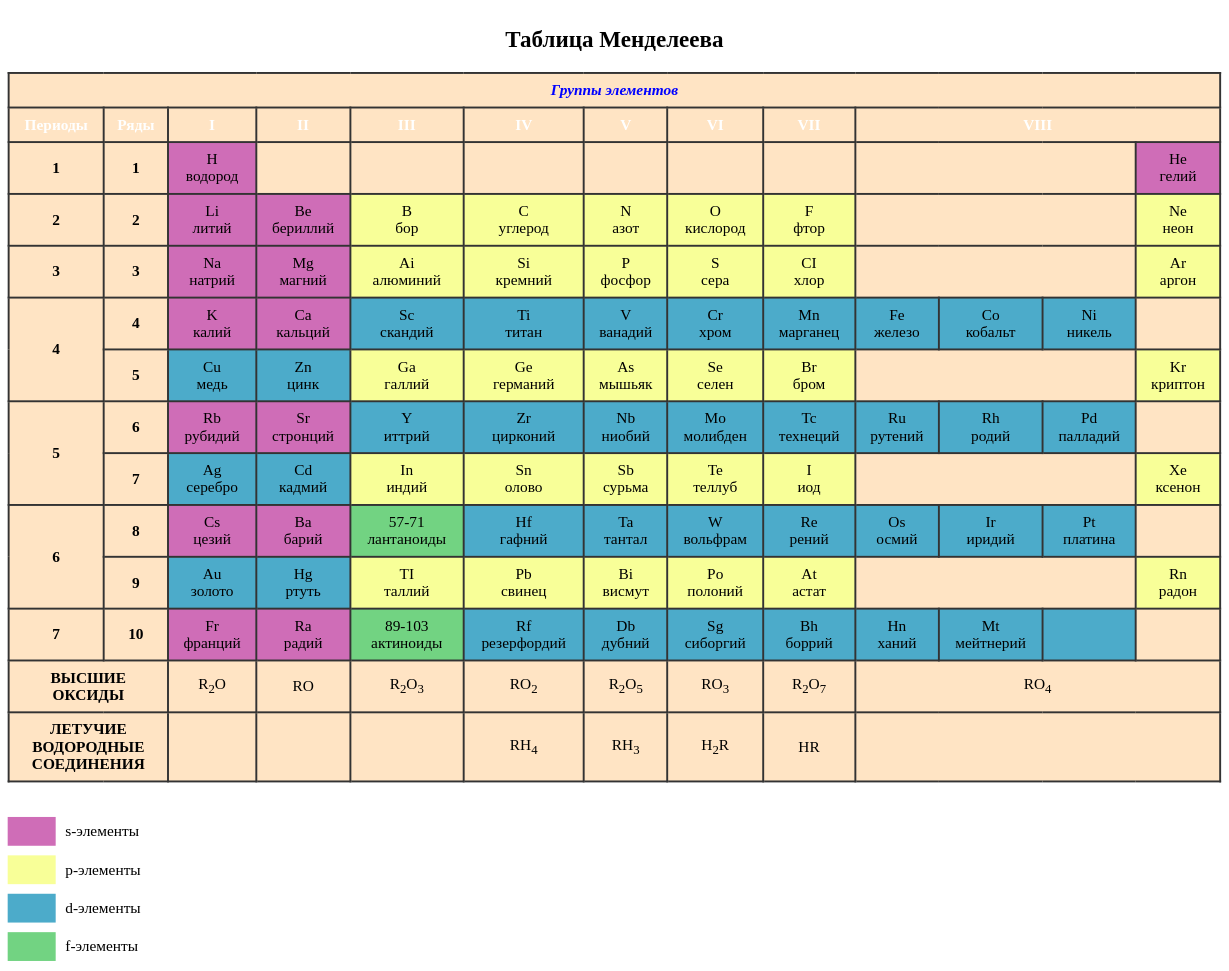
Repository: sannikovcode/exercises-a1
Page: JS/websites/01-periodic table/index.html
These files come from the project's save history. The page is drawn as it stood at one moment and after the next save; the edit follows.
The browser window is 1280 px wide. The pictures show the whole page, at 96% of full size.
The pointer rests on the first visible `tbody tr`.

Above is the page before, as saved 2025-10-18 16:23:41.

After the next save:
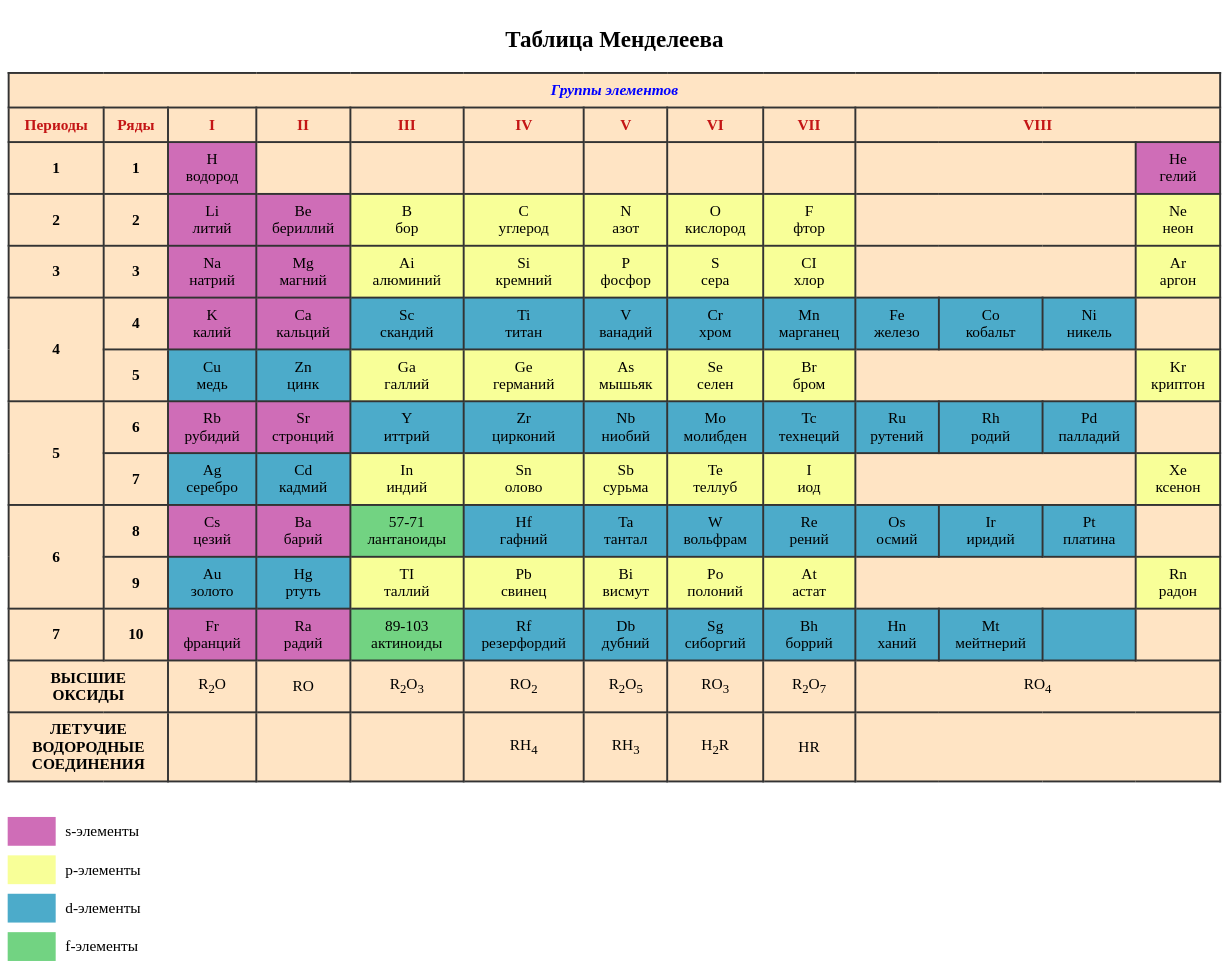
Saved 13 s later.
--- a/JS/websites/01-periodic table/styles.css
+++ b/JS/websites/01-periodic table/styles.css
@@ -26,7 +26,7 @@ thead {
 }
 tbody tr:hover {
   background-color: #cc5050;     /* выделение строки при наведении */
-  color: #fff;
+  color: #c41515;
 }
 
 
